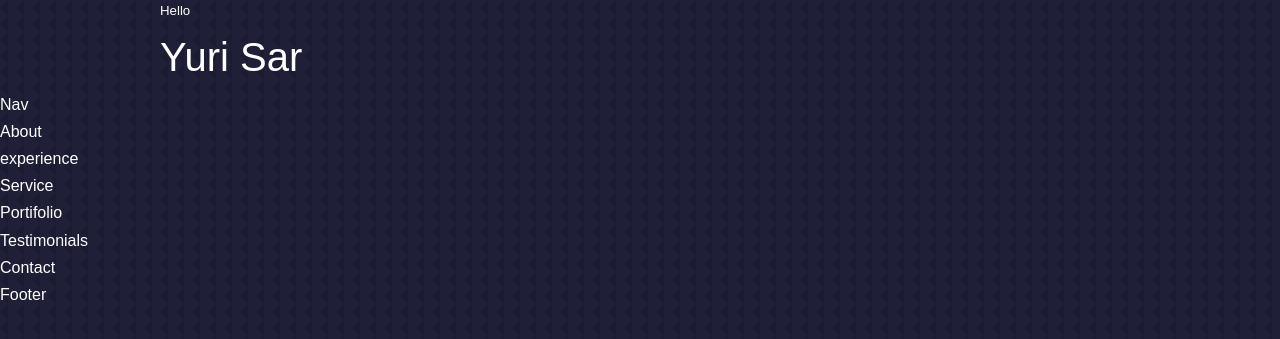
Repository: YuriSarmanho/Portifolio-
Page: / (app in portifolio/)
These files come from the project's save history. The page is drawn as it stood at one moment and after the next save; the edit follows.
The browser window is 1280 px wide. The pictures show the whole page.
The project was rebuilt for these pictures with package versions that can differ from the ones it lists, and the page was loaded fresh each time. Also part of the build but not shown: portifolio/src/Components/Header/Header.css.

Above is the page before, as saved 2022-05-11 16:02:58.

### portifolio/public/index.html
<!DOCTYPE html>
<html lang="pt-br">
<head>
    <meta charset="UTF-8">
    <meta http-equiv="X-UA-Compatible" content="IE=edge">
    <meta name="viewport" content="width=device-width, initial-scale=1.0">
    <title>Yuri Sarmanho Monteiro</title>
</head>
<body>
    <div id="root"></div>
</body>
</html>

### portifolio/src/index.js
import ReactDOM from 'react-dom'
import App from './App'

ReactDOM.render(<App/>, document.querySelector("#root"))

### portifolio/src/App.jsx
import React from "react";
import './index.css'

import Header from "./Components/Header/Header";
import About from "./Components/About/About";
import Contact from "./Components/Contact/Contact";
import Experience from "./Components/Experience/Experience";
import Footer from "./Components/Footer/Footer";
import Nav from "./Components/Nav/Nav";
import Testimonials from "./Components/Testimonials/Testimonials";
import Service from "./Components/Service/Service";
import Portifolio from "./Components/Portifolio/Portifolio";



const App = () => {
  return (
    <>
      <Header />
      <Nav/>
      <About />
      <Experience/>
      <Service/>
      <Portifolio/>
      <Testimonials/>
      <Contact/>
      <Footer/>
    </>
  );
};

export default App;

### portifolio/src/index.css
* {
  margin: 0;
  padding: 0;
  border: 0;
  outline: 0;
  box-sizing: border-box;
  list-style: none;
  text-decoration: none;
}
:root {
  --color-bg: #1f1f38;
  --color-bg-variant: #2c2c6c;
  --color-primary: #4db5ff;
  --color-primary-variant: rgba(77, 181, 255, 0.4);
  --color-white: #fff;
  --color-light: rgba(255, 255, 255, 0.6);

  --transition: all 400ms ease;

  --container-width-lg: 75%;
  --container-width-md: 86%;
  --container-width-sm: 90%;
}
html {
  scroll-behavior: smooth;
}
::-webkit-scrollbar {
  display: none;
}

body {
  font-family: "Poppins", sans-serif;
  background-color: var(--color-bg);
  color: var(--color-white);
  line-height: 1.7;
  background-image: url(../src/assets/bg-texture.png);
}

.container {
  width: var(--container-width-lg);
  margin: 0 auto;
}

h1,
h2,
h3,
h4,
h5 {
  font-weight: 500;
}
h1 {
  font-size: 2.5rem;
}
section {
  margin-top: 8rem;
}
section > h2,
section > h5 {
  text-align: center;
  color: var(--color-ligth);
}

section > h2 {
  color: var(--color-primary);
  margin-bottom: 3rem;
}

.text-light {
  color: var(--color-light);
}
a {
  color: var(--color-primary);
  transition: var(--transition);
}
a:hover{
    color: var(--color-white);
}
.btn{
    width: max-content;
    display: inline-block;
    color: var(--color-primary);
    padding: 0.75rem 1.2rem;
    border-radius: 0.4rem;
    cursor: pointer;
    border: 1px solid var(--color-primary);
    transition: var(--transition);
}

.btn:hover{
    background-color: var(--color-white);
    color: var(--color-bg);
    border: transparent;
}

.btn-primary{
    background-color: var(--color-primary);
    width: 100%;
     object-fit: cover;
}

/*MEDIUM DEVICE*/
@media screen and (max-width:1024px){
    .container{
        width: var(--container-width-md);
    }
    section{
        margin-top: 6rem;
    }
}

/*SMALL DEVICE*/
@media screen and (max-width:600px){
    .container{
        width: var(--container-width-sm);
    }
    section > h2{
        margin-bottom: 2rem;
    }
}

### portifolio/src/Components/Header/Header.jsx
import React from 'react'
import './Header.css'
const header = () => {
  return (
    <header>
      <div className="container header__container">
        <h5>Hello</h5>
        <h1>Yuri Sar</h1>
      </div>
    </header>
  )
}

export default header

### portifolio/src/Components/Experience/Experience.jsx
import React from 'react'

const experience = () => {
  return (
    <div>experience</div>
  )
}

export default experience

### portifolio/src/Components/Portifolio/Portifolio.jsx
import React from 'react'

const Portifolio = () => {
  return (
    <div>Portifolio</div>
  )
}

export default Portifolio

Loaded but not shown: portifolio/src/Components/About/About.jsx (common file); portifolio/src/Components/Contact/Contact.jsx (common file); portifolio/src/Components/Footer/Footer.jsx (common file); portifolio/src/Components/Nav/Nav.jsx (common file); portifolio/src/Components/Testimonials/Testimonials.jsx (common file); portifolio/src/Components/Service/Service.jsx (common file); portifolio/src/Components/Header/Header.css (no copy from this time; the picture is the same without it)

After the next save:
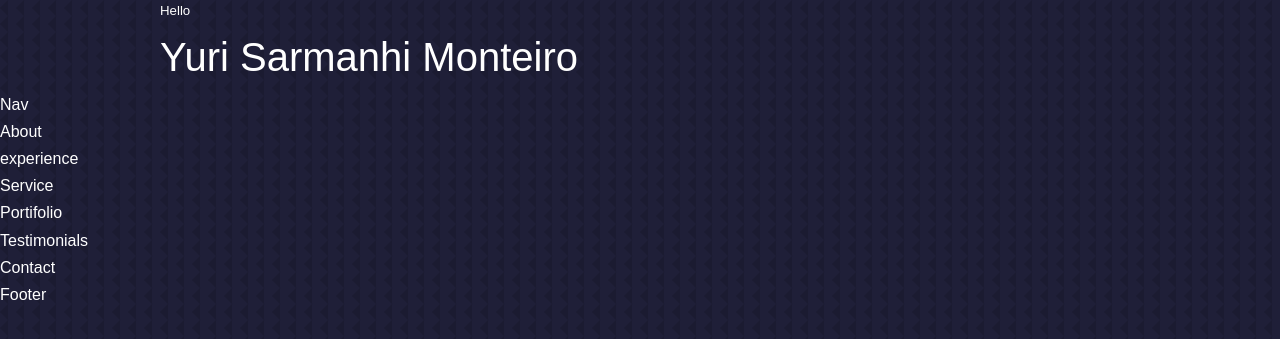
Saved 5 s later.
--- a/portifolio/src/Components/Header/Header.jsx
+++ b/portifolio/src/Components/Header/Header.jsx
@@ -5,7 +5,7 @@
     <header>
       <div className="container header__container">
         <h5>Hello</h5>
-        <h1>Yuri Sar</h1>
+        <h1>Yuri Sarmanhi Monteiro</h1>
       </div>
     </header>
   )
